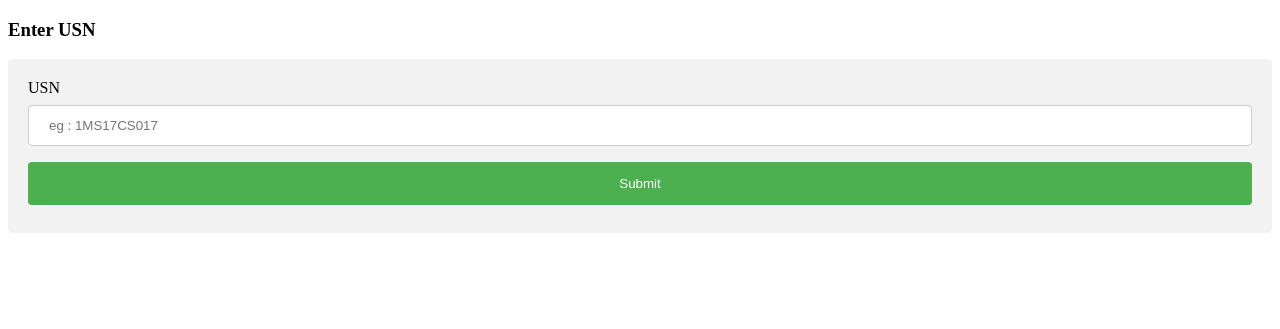
Repository: Malz6/DBMS-ActivityTracking
Page: dbs/WebContent/delete.html
These files come from the project's save history. The page is drawn as it stood at one moment and after the next save; the edit follows.
The browser window is 1280 px wide. The pictures show the whole page.

Above is the page before, as saved 2019-12-12 08:48:21.

After the next save:
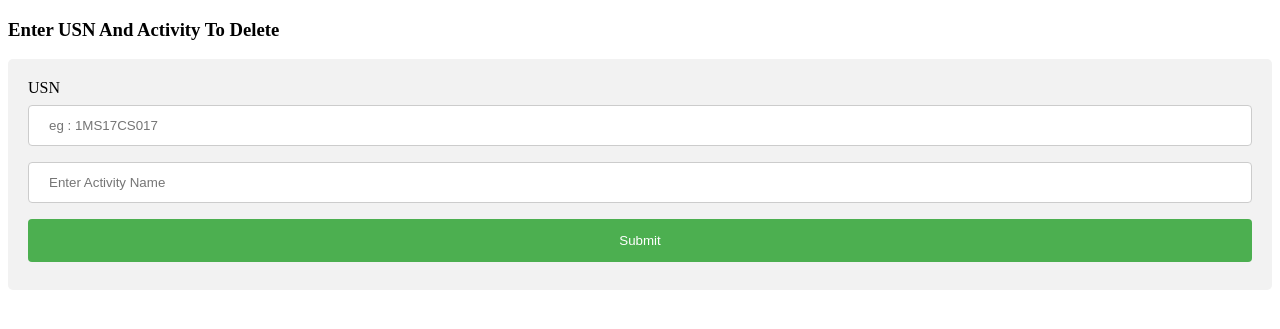
Saved 4 min 35 s later.
--- a/dbs/WebContent/delete.html
+++ b/dbs/WebContent/delete.html
@@ -34,13 +34,15 @@ div {
 </style>
 <body>
 
-<h3>Enter USN</h3>
+<h3>Enter USN And Activity To Delete</h3>
 
 <div>
   <form action="delete" method="post">
     <label>USN</label>
     <input type="text" name="usn" placeholder="eg : 1MS17CS017">
+    <input type="text" name="name" placeholder="Enter Activity Name">
     <input type="submit" value="Submit">
+
   </form>
 </div>
 
